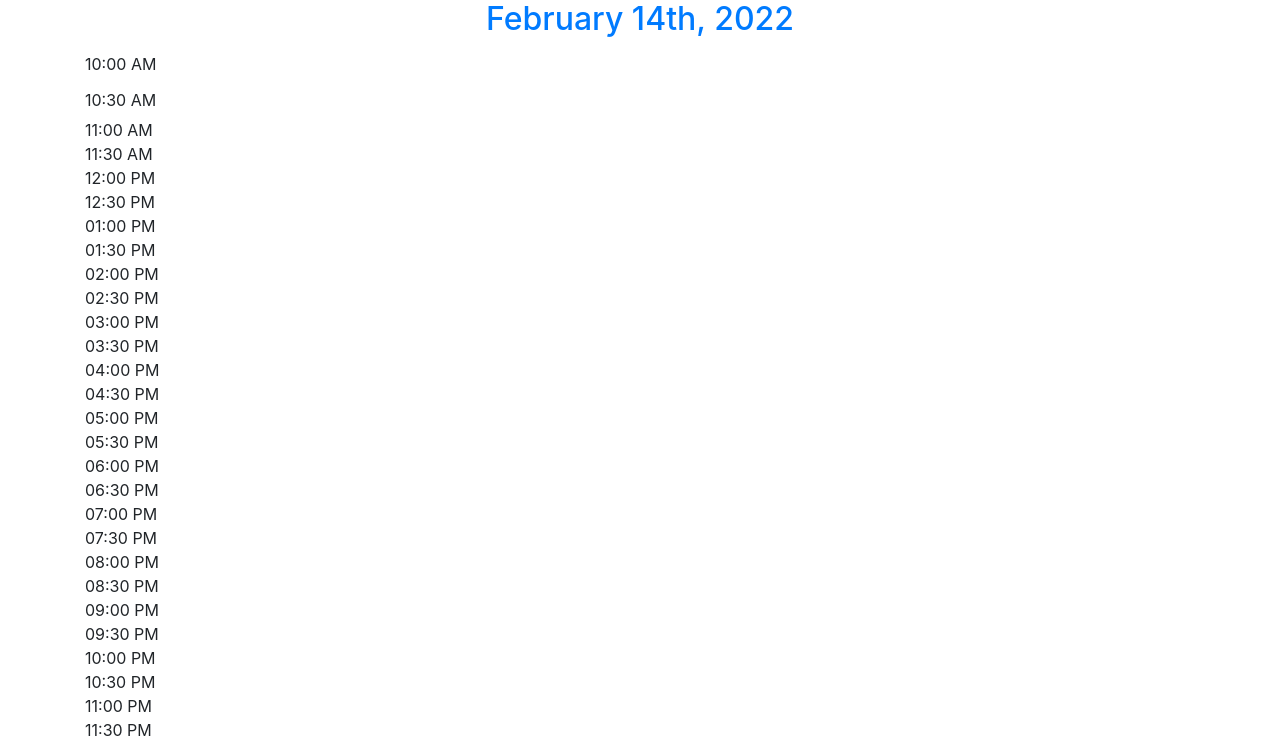
Repository: BaileyLuu/yuHacks2022
Page: public/schedule.html
The author's editor kept a copy of each file at every save. The page is drawn from the files as they stood at one save, then again after the next save.
The browser window is 1280 px wide. The pictures show the whole page.
Some web libraries are served in a nearby version.

Above is the page before, as saved 2021-11-20 12:26:19.

After the next save:
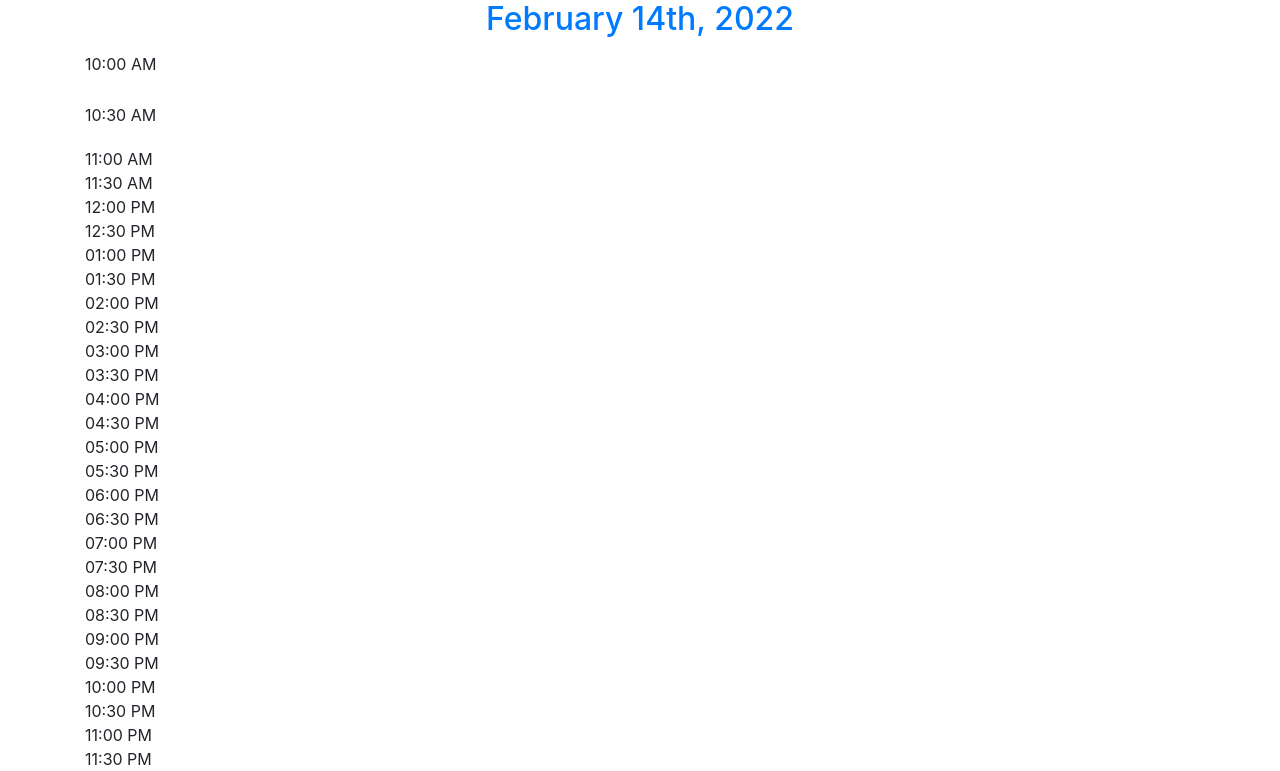
Saved 7 s later.
--- a/public/schedule.css
+++ b/public/schedule.css
@@ -6,7 +6,7 @@
   display:flex;
   flex-direction: column;
   width:20vw;
-  height:5vh;
+  height:7vh;
   box-sizing: border-box;
   z-index: 50;
   line-height: 5vh;
